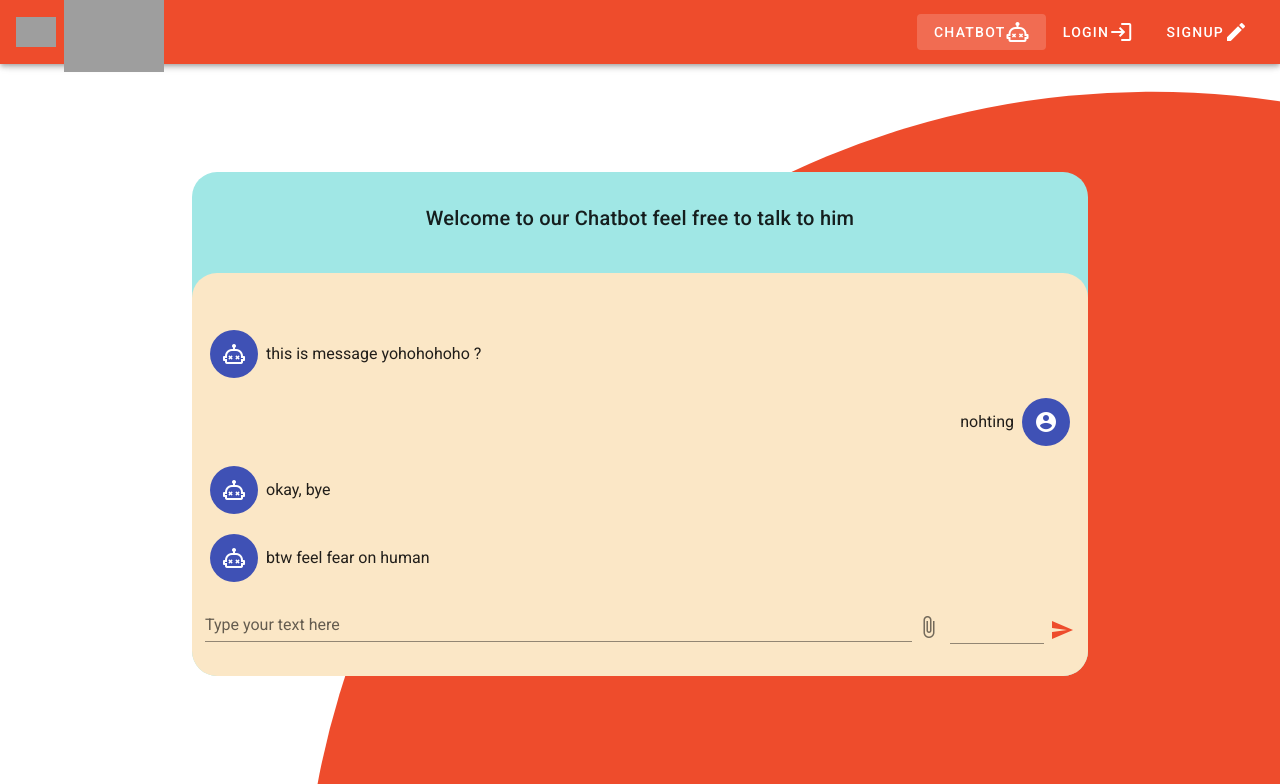
Repository: atout811/pyTorch-Hackathon
Page: /chatbot (app in frontend/)
These files come from the project's save history. The page is drawn as it stood at one moment and after the next save; the edit follows.
The browser window is 1280 px wide. The pictures show the whole page.
Pictures or frames that could not be fetched are drawn as grey boxes. The project was rebuilt for these pictures with package versions that can differ from the ones it lists, and the page was loaded fresh each time. Also part of the build but not shown: frontend/vue.config.js, frontend/src/views/Home.vue.

Above is the page before, as saved 2021-10-21 15:55:47.

### frontend/src/main.js
import Vue from 'vue'
import App from './App.vue'
import './registerServiceWorker'
import router from './router'
import store from './store'
import vuetify from './plugins/vuetify'
import instance from './plugins/axios'

Vue.config.productionTip = false
Vue.prototype.$axios = instance;

new Vue({
  router,
  store,
  vuetify,
  render: function (h) { return h(App) }
}).$mount('#app')

### frontend/src/App.vue
<template>
  <v-app>
    <v-app-bar app color="primary" dark>
      <div class="d-flex align-center">
        <v-img
          alt="Vuetify Logo"
          class="shrink mr-2"
          contain
          src="https://cdn.vuetifyjs.com/images/logos/vuetify-logo-dark.png"
          transition="scale-transition"
          width="40"
        />

        <v-img
          alt="Vuetify Name"
          class="shrink mt-1 hidden-sm-and-down"
          contain
          min-width="100"
          src="https://cdn.vuetifyjs.com/images/logos/vuetify-name-dark.png"
          width="100"
        />
      </div>

      <v-spacer></v-spacer>
      <v-btn to="/chatbot" text>
        <v-text>Chatbot</v-text>
        <v-icon>mdi-robot-dead-outline</v-icon>
      </v-btn>
      <v-btn to="/login" text>
        <v-text>Login</v-text>
        <v-icon>mdi-login</v-icon>
      </v-btn>
      <v-btn to="/signup" text>
        <v-text>Signup</v-text>
        <v-icon>mdi-pencil</v-icon>
      </v-btn>
    </v-app-bar>

    <v-main class="bubble">
      <router-view />
    </v-main>
  </v-app>
</template>

<script>
export default {
  name: "App",

  data: () => ({
    //
  }),
};
</script>
<style>
.bubble::before {
  background-color: var(--v-primary-base);
  clip-path: circle(80% at 90% 120%);
  width: 100%;
  height: 100%;
  content: "";
  position: absolute;
  box-sizing: none;
  top: 0;
  left: 0;
}
</style>

### frontend/src/router/index.js
import Vue from "vue";
import VueRouter from "vue-router";
import Home from "../views/Home.vue";

Vue.use(VueRouter);

const routes = [
  {
    path: "/",
    name: "Home",
    component: Home,
  },
  {
    path: "/about",
    name: "About",
    // route level code-splitting
    // this generates a separate chunk (about.[hash].js) for this route
    // which is lazy-loaded when the route is visited.
    component: function() {
      return import(/* webpackChunkName: "about" */ "../views/About.vue");
    },
  },
  {
    path: "/login",
    name: "Login",
    // route level code-splitting
    // this generates a separate chunk (Login.[hash].js) for this route
    // which is lazy-loaded when the route is visited.
    component: function() {
      return import(/* webpackChunkName: "Login" */ "../views/Login.vue");
    },
  },
  {
    path: "/signup",
    name: "Signup",
    // route level code-splitting
    // this generates a separate chunk (Signup.[hash].js) for this route
    // which is lazy-loaded when the route is visited.
    component: function() {
      return import(/* webpackChunkName: "Signup" */ "../views/Signup.vue");
    },
  },
  {
    path: "/chatbot",
    name: "chatbot",
    // route level code-splitting
    // this generates a separate chunk (Signup.[hash].js) for this route
    // which is lazy-loaded when the route is visited.
    component: function() {
      return import(/* webpackChunkName: "Signup" */ "../views/Chatbot.vue");
    },
  },
];

const router = new VueRouter({
  mode: "history",
  base: process.env.BASE_URL,
  routes,
});

export default router;

### frontend/src/plugins/vuetify.js
import Vue from 'vue';
import Vuetify from 'vuetify/lib/framework';

Vue.use(Vuetify);

export default new Vuetify({
    theme: {
        themes: {
            light: {
                primary: "#ee4c2c"
            }
        }, options: {
            customProperties: true
        },
    }
});

### frontend/src/plugins/axios.js
import axios from "axios";

const instance = axios.create({
    headers: {
        "Content-Type": "application/json"
    }
})

export default instance;

### frontend/src/views/Chatbot.vue
<template>
  <div class="baba">
    <div class="container">
      <h1 class="title">Welcome to our Chatbot feel free to talk to him</h1>
      <div class="chat-container">
        <div v-for="(message, i) in chat" :key="i" class="messages">
          <div :class="message.from == 'bot' ? 'bot' : 'user'">
            <v-avatar class="avatar" color="indigo">
              <v-icon dark>
                {{
                  message.from == "bot"
                    ? "mdi-robot-dead-outline"
                    : "mdi-account-circle"
                }}
              </v-icon>
            </v-avatar>
            <div class="messg">{{ message.message }}</div>
          </div>
        </div>
        <div class="input-group">
          <v-text-field
            class="text-input"
            label="Type your text here"
          ></v-text-field>
          <v-file-input accept="image/*"></v-file-input>
          <v-btn icon color="var(--v-primary-base)">
            <v-icon>mdi-send</v-icon>
          </v-btn>
        </div>
      </div>
    </div>
  </div>
</template>

<script>
export default {
  name: "chatbot",
  data() {
    return {
      chat: [
        { from: "bot", message: "this is message yohohohoho ?" },
        { from: "user", message: "nohting" },
        { from: "bot", message: "okay, bye " },
        { from: "bot", message: "btw feel fear on human" },
      ],
    };
  },
  methods: {
    sendMessage: () => {},
  },
};
</script>

<style>
.baba {
  height: 100vh;
  width: 100vw;
  display: flex;
}
.container {
  height: 70vh;
  width: 70vw;
  padding: 0;
  align-self: center;
  background-color: #a0e7e5;
  border-radius: 25px;
  display: flex;
  flex-direction: column;
  justify-content: space-between;
  align-items: center;
}
.title {
  margin: 10px;
  margin-top: 30px;
}
.chat-container {
  height: 80%;
  width: 100%;
  background-color: #fbe7c6;
  border-radius: 25px;
  display: flex;
  flex-direction: column;
  justify-content: flex-end;
  padding: 8px;
}
.text-input {
  width: 70%;
  margin: 5px;
}
.input-group {
  display: flex;
  align-items: center;
}
.bot {
  display: flex;
  align-items: center;
  margin: 10px;
}
.user {
  display: flex;
  align-items: center;
  flex-direction: row-reverse;
  margin: 10px;
}
.messg {
  margin: 8px;
}
</style>

Loaded but not shown: frontend/public/index.html (common file); frontend/src/registerServiceWorker.js (common file); frontend/src/store/index.js (common file)

After the next save:
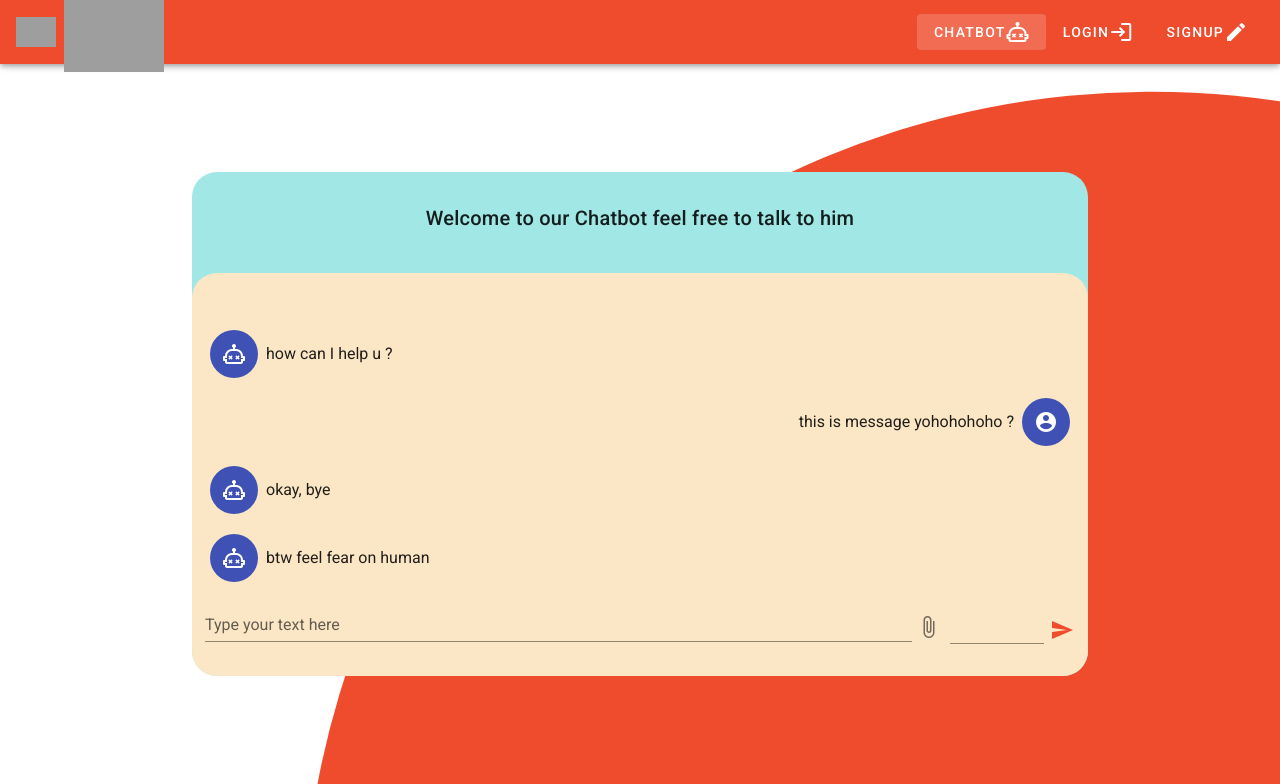
Saved 25 s later.
--- a/frontend/src/views/Chatbot.vue
+++ b/frontend/src/views/Chatbot.vue
@@ -38,8 +38,8 @@ export default {
   data() {
     return {
       chat: [
-        { from: "bot", message: "this is message yohohohoho ?" },
-        { from: "user", message: "nohting" },
+        { from: "bot", message: "how can I help u ?" },
+        { from: "user", message: "this is message yohohohoho ?" },
         { from: "bot", message: "okay, bye " },
         { from: "bot", message: "btw feel fear on human" },
       ],
